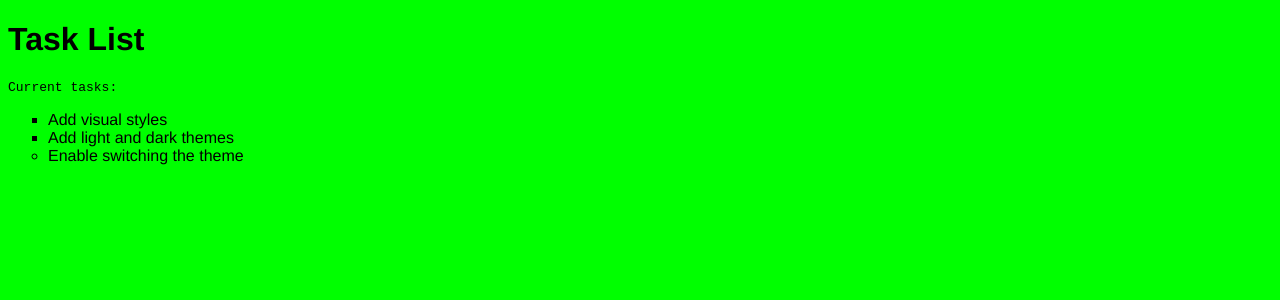
Repository: MaggieMengXingchen/Class-4
Page: index.html
The author's editor kept a copy of each file at every save. The page is drawn from the files as they stood at one save, then again after a run of saves.
The browser window is 1280 px wide. The pictures show the whole page.

Above is the page before, as saved 2024-02-14 13:47:26.

### index.html
<!DOCTYPE html>
<html lang="en">
<head>
    <meta charset="UTF-8">
    <meta name="viewport" content="width=device-width, initial-scale=1.0">
    <title>Document</title>
    <Link rel="stylesheet" href="main.css">
</head>
<body class="light-theme">
    <h1>Task List</h1>
    <p id="msg">Current tasks:</p>
    <ul>
    <li class="list">Add visual styles</li>
    <li class="list">Add light and dark themes</li>
    <li>Enable switching the theme</li>
</ul>
</body>
</html>

### main.css
:root {
--green: #00FF00;
--white: #FFFFFF;
--black: #000000;
}
body {
background: var(--bg);
color: var(--fontColor);
font-family: helvetica;
}
/*将所有无序列表（<ul>标签）的字体设置为Helvetica字体*/
li {
list-style: circle;
}
.list {
list-style: square;
}
#msg {
font-family: monospace;
}
.light-theme {
--bg: var(--green);
--fontColor: var(--black);
}
.dark-theme {
--bg: var(--black);
--fontColor: var(--green);
}

After the next 2 saves:
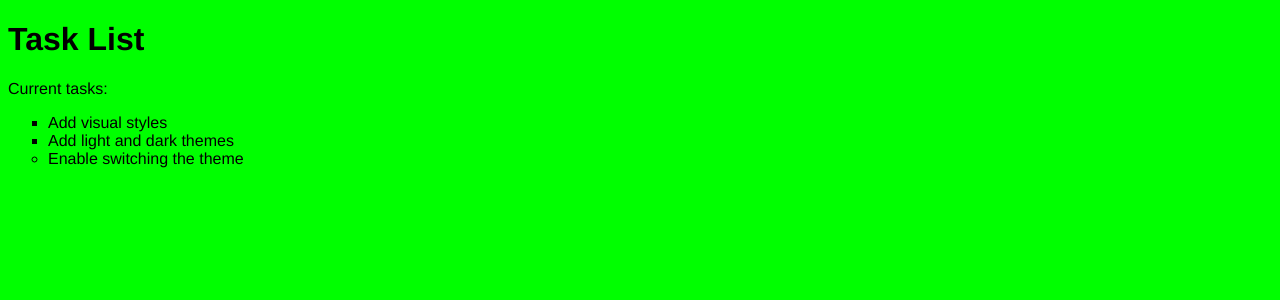
The 2 saves are shown as one change because they came seconds apart.
The last was saved 14 s later.
--- a/main.css
+++ b/main.css
@@ -15,9 +15,6 @@ list-style: circle;
 .list {
 list-style: square;
 }
-#msg {
-font-family: monospace;
-}
 .light-theme {
 --bg: var(--green);
 --fontColor: var(--black);
